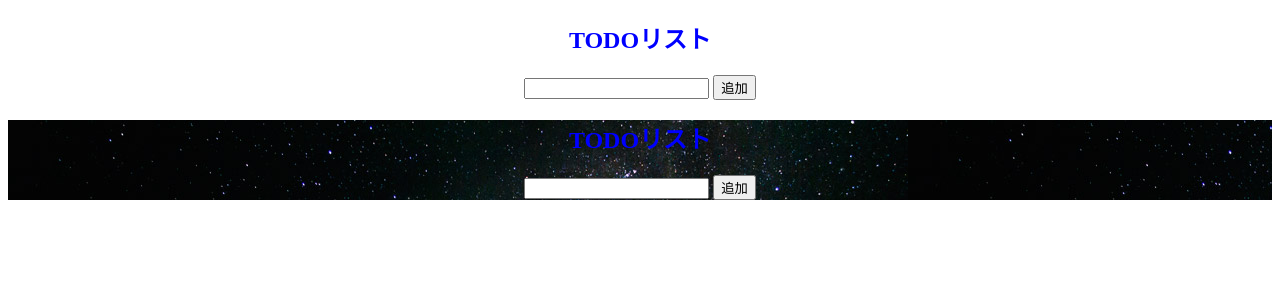
Repository: kntb2565/todolist
Page: src/index.html
An editor plug-in stored every save of this project. The page is shown before and after the next save, followed by the edit.
The browser window is 1280 px wide. The pictures show the whole page.

Above is the page before, as saved 2018-10-22 11:24:50.

After the next save:
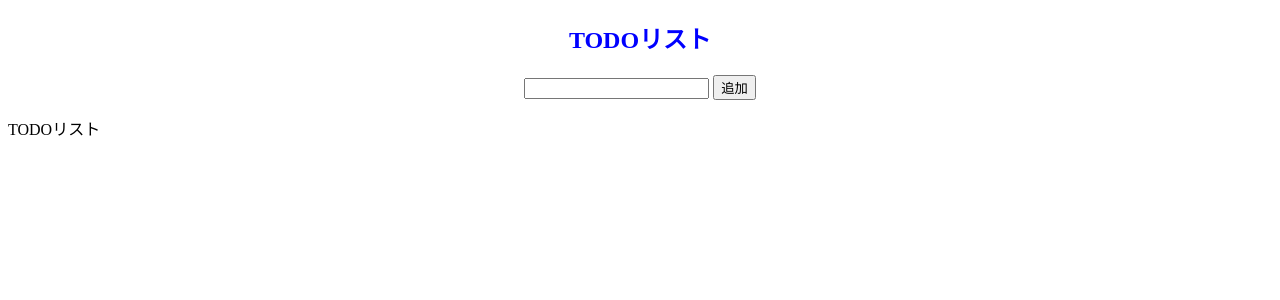
Saved 2 min 40 s later.
--- a/src/index.html
+++ b/src/index.html
@@ -4,16 +4,14 @@
   <meta charset="utf-8">
   <title>todolist</title>
   <link rel="stylesheet" href="css/styles.css" type="text/css">
+  </head>
 
-</head>
 <body>
 <section class="todo">
         <h1>TODOリスト</h1>
         <input type="text" />
         <input type="button" value="追加" />
 </section>
-<section class="todo1">
-    <h1>TODOリスト</h1>
-    <input type="text" />
-    <input type="button" value="追加" />
-</section>
+ <p>TODOリスト</p>
+</body>
+</html>
